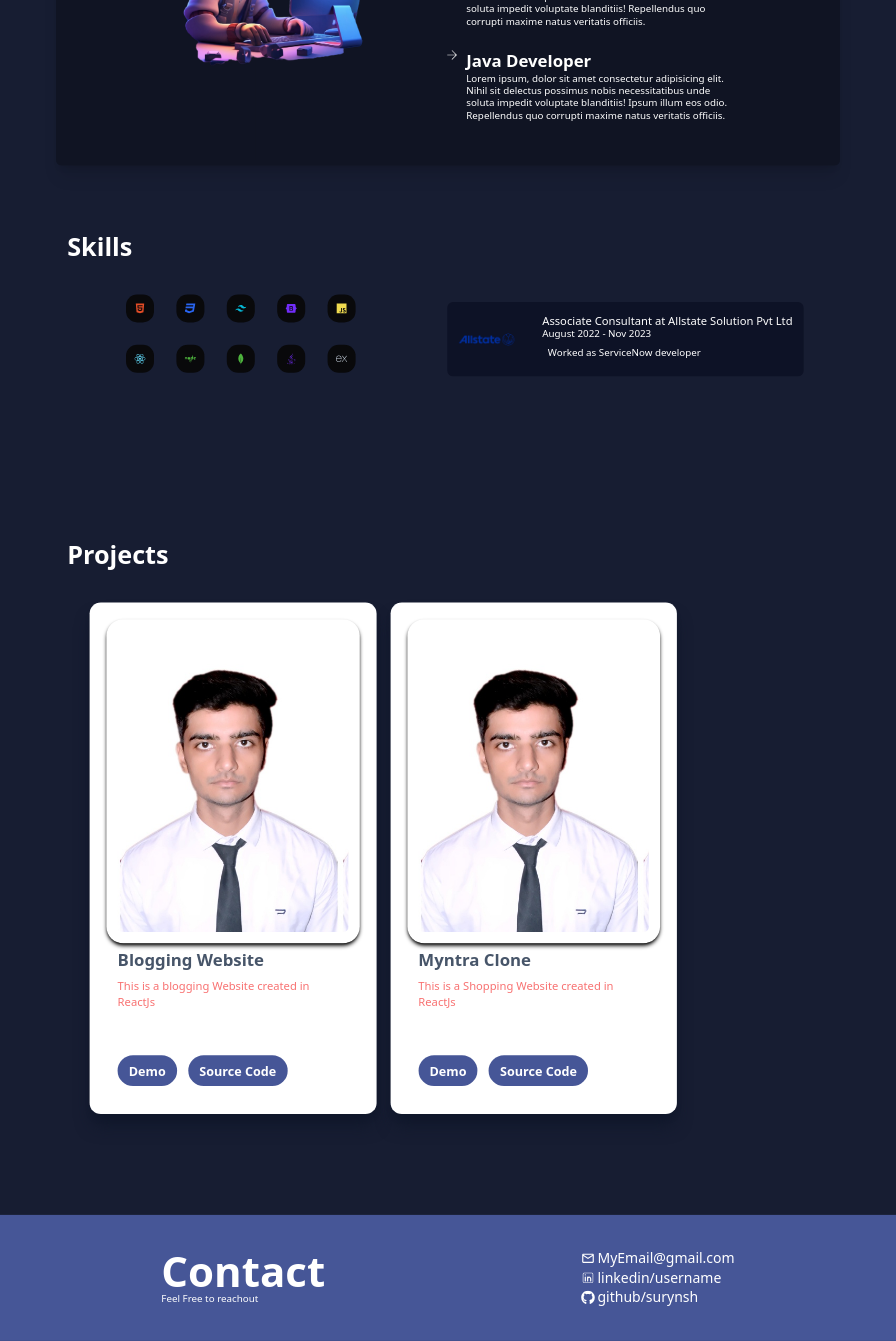
Repository: suryanshsingh99181/portfolio
Page: /
The author's editor kept a copy of each file at every save. The page is drawn from the files as they stood at one save, then again after the next save.
The browser window is 1280 px wide. The pictures show the part of the page from y = 902 to 2822 px (the page is 2817 px tall before and 2822 px after), at 70% of full size.
The project was rebuilt for these pictures with package versions that can differ from the ones it lists, and the page was loaded fresh each time. Also part of the build but not shown: vite.config.js.

Above is the page before, as saved 2024-08-22 12:01:36.

### src/main.jsx
import { StrictMode } from "react";
import { createRoot } from "react-dom/client";
import App from "./App.jsx";
import "./index.css";
import { BrowserRouter, Router } from "react-router-dom";

createRoot(document.getElementById("root")).render(
  <StrictMode>
    <App />
  </StrictMode>
);

### src/App.jsx
import Experience from "./Components/experience/Experience";
import Footer from "./Components/footer/Footer";
import Home from "./Components/home/Home";
import Navbar from "./Components/navbar/Navbar";
import Projects from "./Components/Projects/Projects";
import Skills from "./Components/skills/Skills";
import "./index.css";

function App() {
  return (
    <div className="bg-[#171d32] h-auto w-full overflow-hidden">
      <Navbar></Navbar>
      <Home></Home>
      <Experience></Experience>
      <Skills></Skills>
      <Projects></Projects>
      <Footer></Footer>
    </div>
  );
}

export default App;

### src/Components/experience/Experience.jsx
import { InboxArrowDownIcon } from "@heroicons/react/16/solid";
import { TfiArrowRight } from "react-icons/tfi";
import image from "../../assets/proj.png";

const Experience = () => {
  return (
    <div
      id="Experience"
      className="text-white md:flex overflow-hidden items-center md:flex-wrap md:justify-center bg-black shadow-xl mx-0 md:mx-20 bg-opacity-30 rounded-lg p-12"
    >
      <div>
        <h2 className="text-2xl md:text-4xl font-bold">Experience</h2>
        <div className="md:flex flex-wrap flex-col md:flex-row items-center">
          <img
            className="md:h-80 -ml-28 pr-10"
            src={image}
            alt="Experience Image"
          />
          <ul>
            <div className="flex gap-3 py-4">
              <TfiArrowRight />
              <span className="w-96">
                <h3 className="text-xl md:text-2xl font-semibold leading-normal">
                  {" "}
                  Front-End Developer
                </h3>
                <p className="text-sm md:text-md leading-tight">
                  {" "}
                  Lorem ipsum, dolor sit amet consectetur adipisicing elit.
                  Nihil sit delectus possimus nobis necessitatibus unde soluta
                  impedit voluptate blanditiis! Ipsum illum eos odio.
                  Repellendus quo corrupti maxime natus veritatis officiis.
                </p>
              </span>
            </div>
            <div className="flex gap-3 py-4">
              <TfiArrowRight />
              <span className="w-96">
                <h3 className="text-xl md:text-2xl font-semibold leading-normal">
                  {" "}
                  Back-End Developer
                </h3>
                <p className="text-sm md:text-md leading-tight">
                  {" "}
                  Lorem ipsum, dolor sit amet consectetur adipisicing elit.
                  Nihil sit delectus possimus nobis necessitatibus unde soluta
                  impedit voluptate blanditiis! Repellendus quo corrupti maxime
                  natus veritatis officiis.
                </p>
              </span>
            </div>
            <div className="flex gap-3 py-4">
              <TfiArrowRight />
              <span className="w-96">
                <h1 className="text-xl md:text-2xl font-semibold leading-normal">
                  {" "}
                  Java Developer
                </h1>
                <p className="text-sm md:text-md leading-tight">
                  {" "}
                  Lorem ipsum, dolor sit amet consectetur adipisicing elit.
                  Nihil sit delectus possimus nobis necessitatibus unde soluta
                  impedit voluptate blanditiis! Ipsum illum eos odio.
                  Repellendus quo corrupti maxime natus veritatis officiis.
                </p>
              </span>
            </div>
          </ul>
        </div>
      </div>
    </div>
  );
};

export default Experience;

### src/Components/footer/Footer.jsx
import { CiLinkedin } from "react-icons/ci";
import { FaGithub } from "react-icons/fa";
import { MdOutlineEmail } from "react-icons/md";

const Footer = () => {
  return (
    <div
      id="Contact"
      className="flex justify-around bg-[#465697] text-white p-10 md:p-12 items-center"
    >
      <div>
        <h1 className="text-2xl md:text-6xl font-bold">Contact</h1>
        <h3 className="text-2xl md:text-sm font-normal ">
          Feel Free to reachout
        </h3>
      </div>
      <ul className="text-sm md:text-xl">
        <li className="flex gap-1 items-center">
          <MdOutlineEmail />
          MyEmail@gmail.com
        </li>
        <li className="flex gap-1 items-center">
          <CiLinkedin />
          linkedin/username
        </li>
        <li className="flex gap-1 items-center">
          <FaGithub />
          github/surynsh
        </li>
      </ul>
    </div>
  );
};

export default Footer;
<div></div>;

### src/Components/home/Home.jsx
import React from "react";
import image from "../../assets/suryansh.jpg";
import TextChanger from "../../TextChanger";

const Home = () => {
  return (
    <div className="text-white flex w-full justify-between items-start p-10 md:p-20">
      <div className="md:w-2/4 md:pt-10 mt-10">
        <h1 className="text-3xl md:text-6xl font-bold flex leading-normal tracking-tighter ">
          <TextChanger />
        </h1>
        <p className="text-sm md:text-2xl leading-tight tracking-tight font-serif mt-4">
          a MERN stack developer...
        </p>
        <button className=" bg-blue-500 mt-5 md:md-10 text-white py-2 px-3 text-sm md:text-lg md:px-4 hover:opacity-85 duration-300 hover:scale-105 font-semibold rounded-3xl bg-[#46]">
          Contact Me
        </button>
      </div>
      <div>
        <img
          className="h-96 w-96 rounded-full object-cover object-center p-2 border-4 border-[#FF7C00] shadow-[0_0_0_5px_rgba(0,0,0,1)]"
          src={image}
          alt=""
        />
      </div>
    </div>
  );
};

export default Home;

### src/Components/navbar/Navbar.jsx
import { RiCloseLine, RiMenu3Line } from "@remixicon/react";
import React, { useState } from "react";

const Navbar = () => {
  const [showMenu, setShowMenu] = useState(true);
  const [menu, openMenu] = useState(false);
  return (
    <nav className="flex flex-wrap justify-between md:items-center text-white px-10 md:px-20 bg-slate-800 ">
      <span className="text-2xl font-bold tracking-wide hover:text-cyan-200">
        Suryansh.
      </span>
      <ul
        className={`mx-24  py-2 mt-4 font-semibold md:-5 bg-black px-2 rounded-xl bg-opacity-30 md:border-none text-center md:bg-transparent md:static md:mx-0 md:flex gap-6 ${
          menu ? "block" : "hidden"
        }`}
      >
        <a href="#About">
          <li className="text-md transition-all duration-500 p-1 md:p-0 hover:text-cyan-200 hover:underline ">
            About
          </li>
        </a>
        <a href="#Experience">
          <li className="text-md transition-all duration-300 p-1 md:p-0 hover:text-cyan-200 hover:underline">
            Experience
          </li>
        </a>
        <a href="#Projects">
          <li className="text-md transition-all duration-300 p-1 md:p-0 hover:text-cyan-200 hover:underline">
            Projects
          </li>
        </a>
        <a href="#Contact">
          <li className="text-md transition-all duration-300 p-1 md:p-0 hover:text-cyan-200 hover:underline">
            Contact
          </li>
        </a>
      </ul>
      {showMenu ? (
        <RiMenu3Line
          size={30}
          className="md:hidden absolute right-10 top-6 transition-all duration-300"
          onClick={() => {
            openMenu(!menu);
            setShowMenu(!showMenu);
          }}
        />
      ) : (
        <RiCloseLine
          size={30}
          className="md:hidden absolute right-10 top-6 transition-all duration-300"
          onClick={() => {
            openMenu(!menu);
            setShowMenu(!showMenu);
          }}
        />
      )}
    </nav>
  );
};

export default Navbar;

### src/Components/Projects/Projects.jsx
import ProjectCard from "./ProjectCard";

const Projects = () => {
  return (
    <div id="Projects" className="p-10 md:p-24 text-white">
      <h1 className="text-2xl md:text-4xl text-white font-bold">Projects</h1>
      <div className="py-12 px-8 flex flex-wrap gap-5">
        <ProjectCard
          title="Blogging Website"
          main="This is a blogging Website created in ReactJs"
        />
        <ProjectCard
          title="Myntra Clone"
          main="This is a Shopping Website created in ReactJs"
        />
      </div>
    </div>
  );
};

export default Projects;

### src/Components/skills/Skills.jsx
import {
  FaCss3,
  FaFigma,
  FaGoogle,
  FaHtml5,
  FaJava,
  FaJs,
  FaNode,
  FaReact,
} from "react-icons/fa";
import {
  SiBootstrap,
  SiExpress,
  SiMongodb,
  SiRadixui,
  SiTailwindcss,
} from "react-icons/si";
import allstate_logo from "../../assets/Allstate-Logo-2017.png";
import image from "../../assets/proj.png";

const Skills = () => {
  return (
    <div id="Skills" className="p-10 md:p-24">
      <h1 className="text-2xl md:text-4xl text-white font-bold">Skills</h1>
      <div className="flex flex-wrap items-center justify-around">
        <div className="flex flex-wrap md:w-2/5 gap-8 md:p-12 py-10">
          <span className="p-3 bg-zinc-950 flex items-center rounded-2xl ">
            <FaHtml5 className=" text-[#e34c26]" />
          </span>
          <span className="p-3 bg-zinc-950 flex items-center rounded-2xl ">
            <FaCss3 className=" text-[#2965f1]" />
          </span>
          <span className="p-3 bg-zinc-950 flex items-center rounded-2xl ">
            <SiTailwindcss className=" text-[#06b6d4]" />
          </span>
          <span className="p-3 bg-zinc-950 flex items-center rounded-2xl ">
            <SiBootstrap className=" text-[#712CF9]" />
          </span>
          <span className="p-3 bg-zinc-950 flex items-center rounded-2xl ">
            <FaJs className="text-[#f0db4f]" />
          </span>
          <span className="p-3 bg-zinc-950 flex items-center rounded-2xl ">
            <FaReact className=" text-[#61dbfb] " />
          </span>

          <span className="p-3 bg-zinc-950 flex items-center rounded-2xl ">
            <FaNode className="text-[#4db33d]" />
          </span>

          <span className="p-3 bg-zinc-950 flex items-center rounded-2xl ">
            <SiMongodb className="text-[#4db33d]" />
          </span>
          <span className="p-3 bg-zinc-950 flex items-center rounded-2xl ">
            <FaJava className="text-[#712CF5]" />
          </span>
          <span className="p-3 bg-zinc-950 flex items-center rounded-2xl ">
            <SiExpress className="text-slate-300" />
          </span>
        </div>

        <div className="flex gap-10 bg-slate-950 bg-opacity-45 mt-4 rounded-lg p-4 items-center">
          <img src={allstate_logo} className="w-20 text-[#0033A0]" />
          <span className="text-white">
            <h2 className=" leading-tight ">
              Associate Consultant at Allstate Solution Pvt Ltd
            </h2>
            <p className="text-sm leading-tight font-thin">
              August 2022 - Nov 2023
            </p>
            <ul className="text-sm p-2">
              <li>Worked as ServiceNow developer</li>
            </ul>
          </span>
        </div>
      </div>
    </div>
  );
};

export default Skills;

### src/TextChanger.jsx
import { useState, useEffect } from "react";

const TextChanger = () => {
  const texts = ["Hi I am Suryansh", "Hi I am Suryansh", "Hi I am Suryansh"];
  const [currentText, setCurrentText] = useState("");
  const [endValue, setEndValue] = useState(true);
  const [isForward, setIsForward] = useState(true);
  const [index, setIndex] = useState(0);

  useEffect(() => {
    const intervalId = setInterval(() => {
      setCurrentText(texts[index].substring(0, endValue));
      if (isForward) {
        setEndValue((prev) => prev + 1);
      } else {
        setEndValue((prev) => prev - 1);
      }
      if (endValue > texts[index].length + 10) {
        setIsForward(false);
      }
      if (endValue < 2.1) {
        setIsForward(true);
        setIndex((prev) => prev & texts.length);
      }
    }, 50);
    return () => clearInterval(intervalId);
  }, [endValue, isForward, index, texts]);
  return <div className="transition ease duration-300">{currentText}</div>;
};

export default TextChanger;

### src/Components/Projects/ProjectCard.jsx
import suryansh from "../../assets/suryansh.jpg";

const ProjectCard = ({ title, main }) => {
  return (
    <div className="w-2/5 p-3 md:p-6 flex flex-col bg-white shadow-xl shadow-slate-900 rounded-2xl">
      <img
        className="p-4 rounded-3xl shadow-md shadow-black"
        src={suryansh}
        alt="bannerimage"
      />
      <h3 className=" pt-2 px-4 text-xl md:text-2xl font-semibold leading-normal text-slate-600">
        {title}
      </h3>
      <p className="px-4 text-sm md:text-base leading-tight py-2 text-red-400">
        {main}
      </p>
      <div className="md:p-4 flex gap-2 md:gap-4 ">
        <button className="md:mt-10 text-white py-2 px-3 text-sm md:text-lg md:py-2 md:px-4 hover:opacity-85 duration-300 hover:scale-105 font-semibold rounded-3xl bg-[#465697]">
          Demo
        </button>
        <button className="md:mt-10 text-white py-2 px-3 text-sm md:text-lg md:py-2 md:px-4 hover:opacity-85 duration-300 hover:scale-105 font-semibold rounded-3xl bg-[#465697]">
          Source Code
        </button>
      </div>
    </div>
  );
};

export default ProjectCard;

Loaded but not shown: index.html (common file); src/index.css (common file); tailwind.config.js (common file)

After the next save:
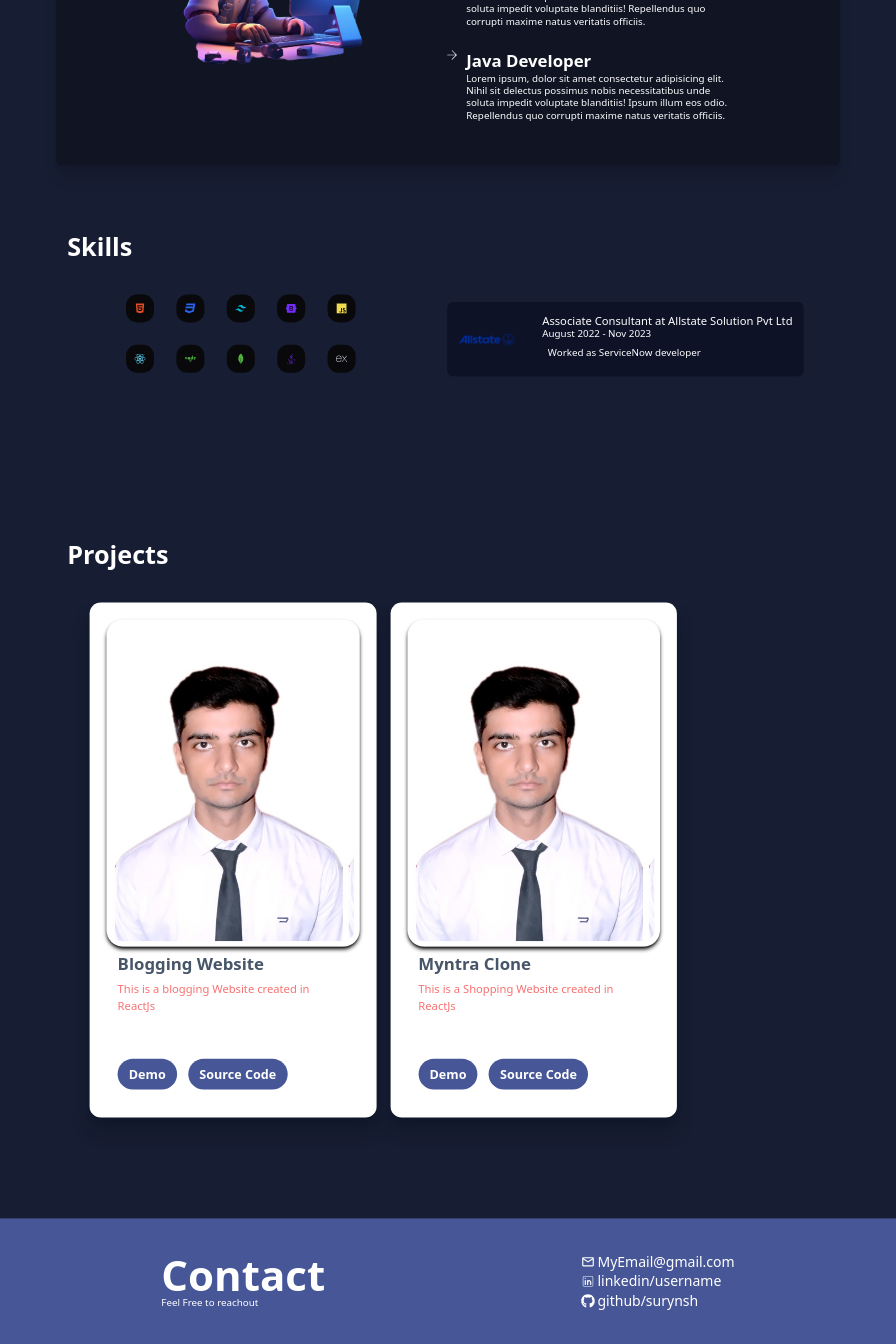
Saved 48 s later.
--- a/src/Components/Projects/ProjectCard.jsx
+++ b/src/Components/Projects/ProjectCard.jsx
@@ -4,7 +4,7 @@
   return (
     <div className="w-2/5 p-3 md:p-6 flex flex-col bg-white shadow-xl shadow-slate-900 rounded-2xl">
       <img
-        className="p-4 rounded-3xl shadow-md shadow-black"
+        className="p-2 rounded-3xl shadow-md shadow-black"
         src={suryansh}
         alt="bannerimage"
       />
